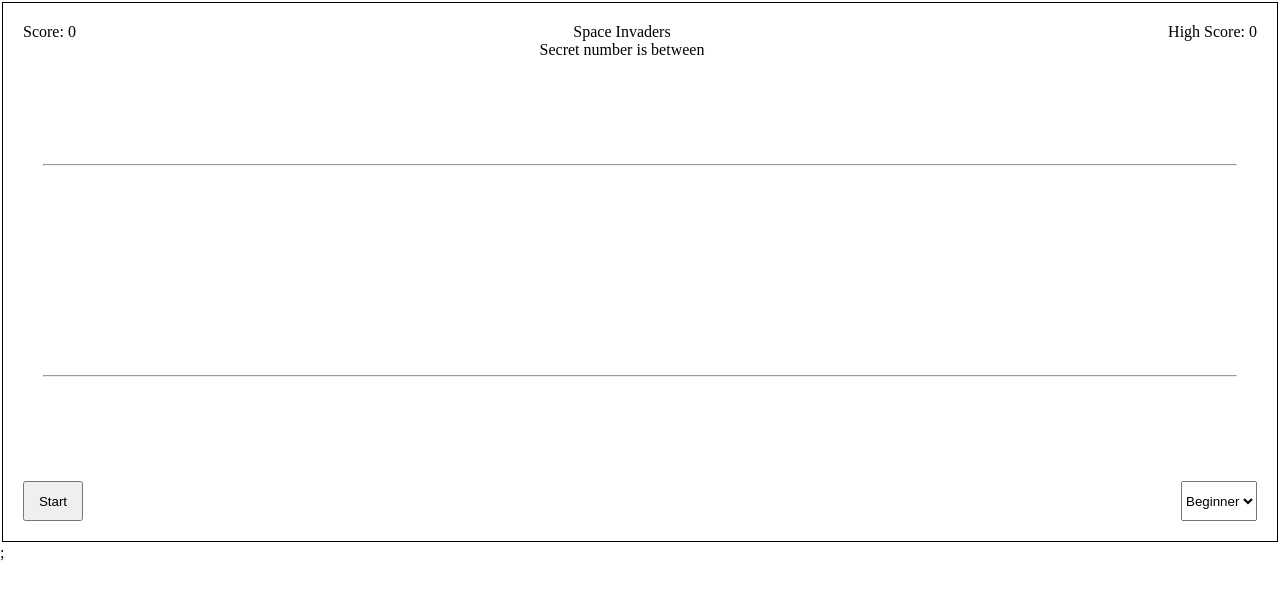
Repository: baziz22/Vanilla_JS_Projects
Page: space invaders/index.html
The author's editor kept a copy of each file at every save. The page is drawn from the files as they stood at one save, then again after the next save.
The browser window is 1280 px wide. The pictures show the whole page.

Above is the page before, as saved 2022-02-20 00:54:26.

### space invaders/index.html
<!DOCTYPE html>
<html lang="en">
  <head>
    <meta charset="UTF-8" />
    <meta http-equiv="X-UA-Compatible" content="IE=edge" />
    <meta name="viewport" content="width=device-width, initial-scale=1.0" />
    <link rel="stylesheet" href="style.css" />
    <title>Space Invaders</title>
  </head>
  <body>
    <div id="scene">
      <div id="scene-header">
        <div>Score: <span id="score">0</span></div>
        <div id="scene-messages">
          <div id="game-title">Space Invaders</div>
          <div id="rules">
            Secret number is between <span id="between"></span>
          </div>
        </div>

        <div>High Score: <span id="high-score">0</span></div>
      </div>
      <hr />
      <div id="scene-body">
        <div class="grid"></div>
      </div>
      <hr />
      <div id="scene-footer">
        <button id="start-btn">Start</button>
        <select id="level" title="levels">
          <option value="beginner">Beginner</option>
          <option value="medium">Medium</option>
          <option value="hard">Hard</option>
        </select>
      </div>
    </div>
    ;

    <script src="script.js"></script>
  </body>
</html>

### space invaders/style.css
* {
  padding: 0;
  margin: 0;
  box-sizing: border-box;
}
#scene {
  min-width: 50vh;
  min-height: 75vh;
  padding: 20px;
  margin: 2px;
  border: 1px solid black;
  display: flex;
  flex-direction: column;
  justify-content: space-between;
}
#scene-header {
  display: flex;
  justify-content: space-between;
}
#scene-messages {
  display: flex;
  flex-direction: column;
  justify-items: center;
  text-align: center;
  align-items: center;
}

#scene-body {
  display: flex;
  justify-content: space-between;
}
#scene-footer {
  display: flex;
  justify-content: space-between;
}

#start-btn {
  width: 60px;
  height: 40px;
}

hr {
  margin: 5px 20px;
}

Loaded but not shown: space invaders/script.js (no stored copy; drawn as an empty file)

After the next save:
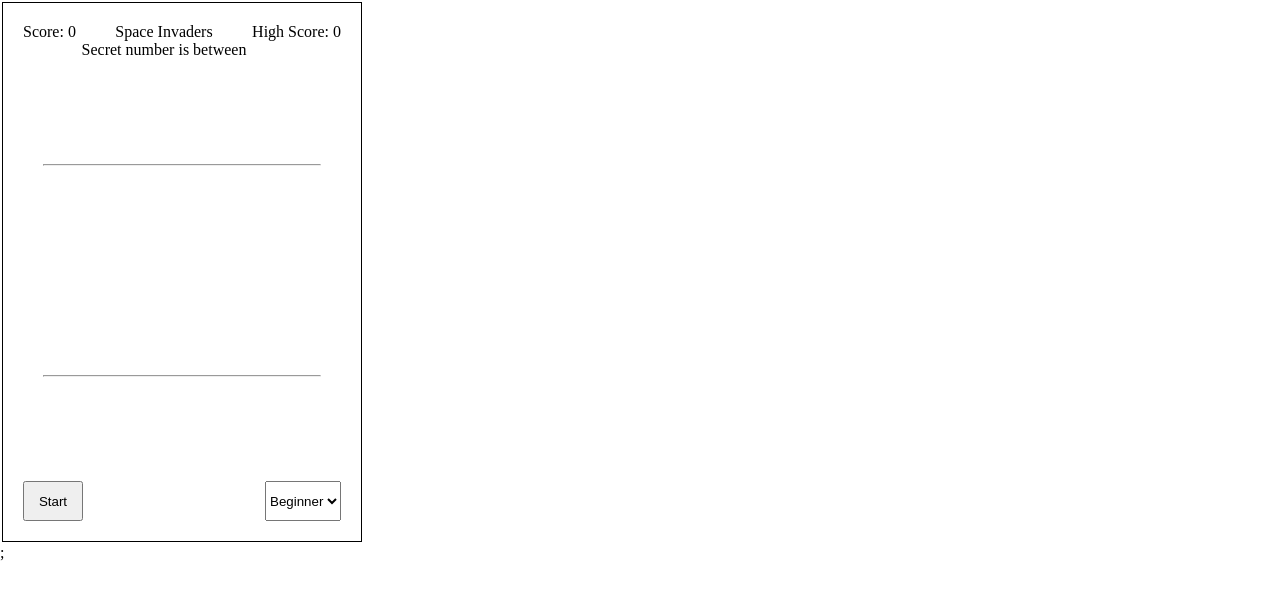
Saved 19 s later.
--- a/space invaders/style.css
+++ b/space invaders/style.css
@@ -4,7 +4,7 @@
   box-sizing: border-box;
 }
 #scene {
-  min-width: 50vh;
+  max-width: 50vh;
   min-height: 75vh;
   padding: 20px;
   margin: 2px;
